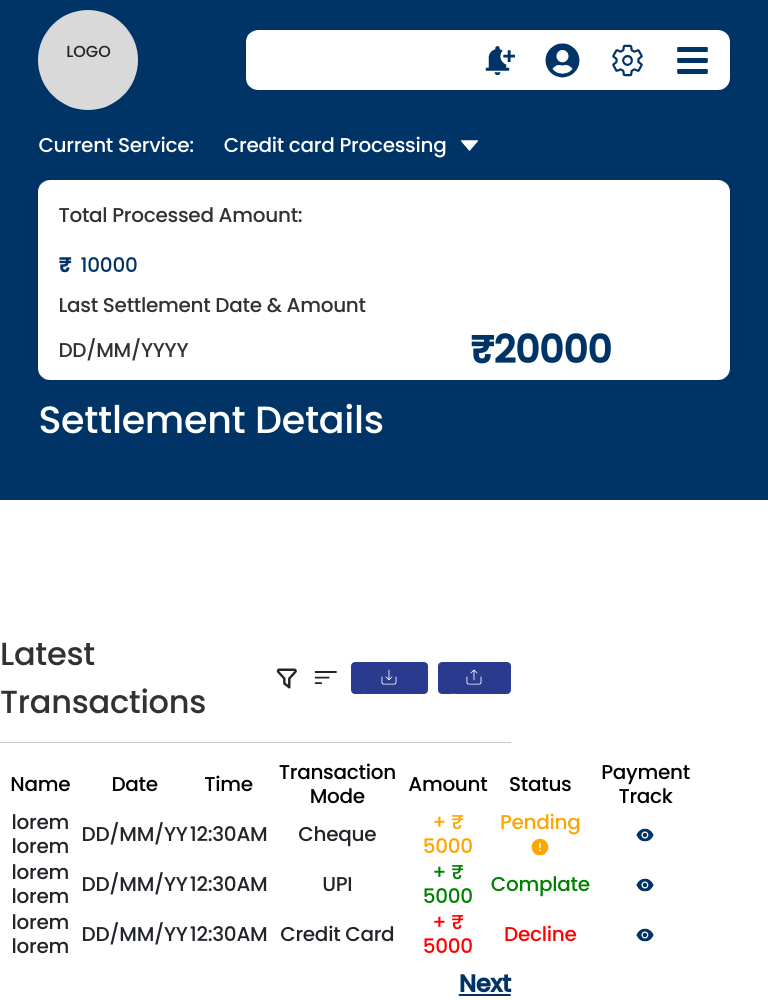
Repository: FlyweisReact/Prashant
Page: /dashboard
The author's editor kept a copy of each file at every save. The page is drawn from the files as they stood at one save, then again after the next save.
The browser window is 768 px wide. The pictures show the whole page.
Some web libraries are served in a nearby version. The project was rebuilt for these pictures with package versions that can differ from the ones it lists, and the page was loaded fresh each time. Also part of the build but not shown: src/Pages/CryptoPayment.jsx, src/Pages/CurrentCharge.jsx, src/Styles/Login.module.css, src/Components/Login/LoginFirstSection.jsx, src/Components/Login/LoginMainSection.jsx, src/Pages/Login.jsx, src/Pages/MatureFund.jsx, src/Pages/OpenBanking.jsx and 12 more.

Above is the page before, as saved 2023-03-23 18:37:39.

After the next save:
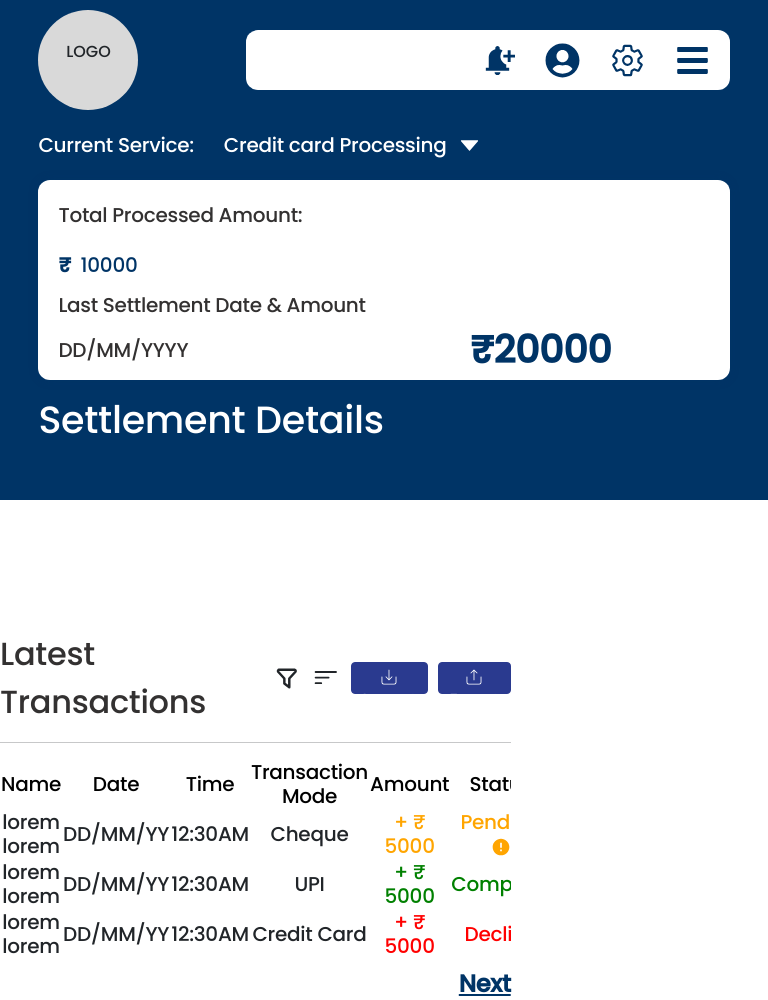
Saved 7 s later.
--- a/src/Styles/Dashboard.module.css
+++ b/src/Styles/Dashboard.module.css
@@ -222,7 +222,7 @@ display: block ;
 }
 
 .TableDiv{
-  width: 700px;
+  max-width: 700px;
   overflow: hidden;
 }
 }
